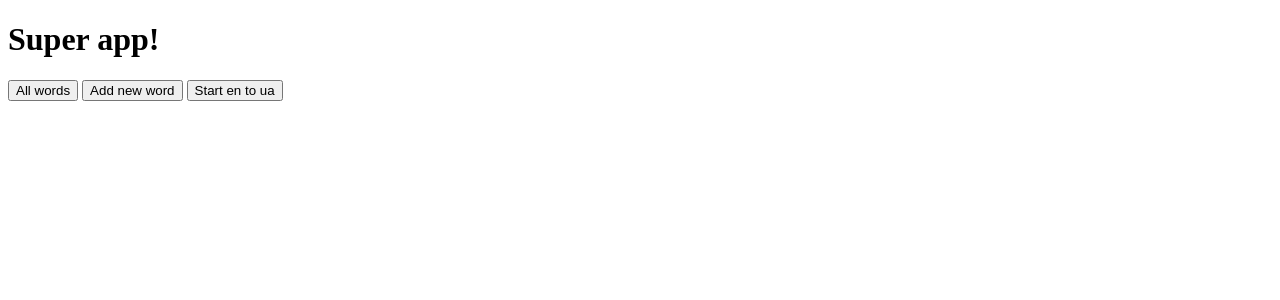
Repository: OleksandrDoskaliukKN313/IIC
Page: WebDictionary/WebContent/index.html
An editor plug-in stored every save of this project. The page is shown before and after the next save, followed by the edit.
The browser window is 1280 px wide. The pictures show the whole page.

Above is the page before, as saved 2020-10-11 08:13:15.

After the next save:
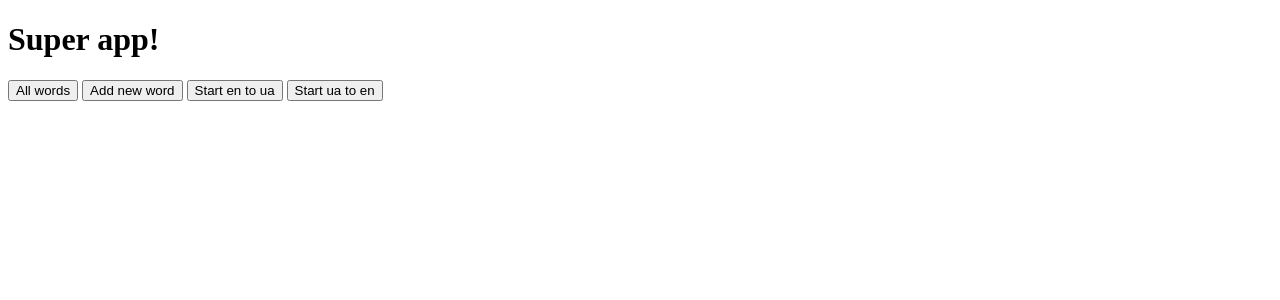
Saved 3 s later.
--- a/WebDictionary/WebContent/index.html
+++ b/WebDictionary/WebContent/index.html
@@ -13,6 +13,7 @@
             <button onclick="location.href='allData'">All words</button>
             <button onclick="location.href='addWord'">Add new word</button>
             <button onclick="location.href='en_ua'">Start en to ua</button>
+            <button onclick="location.href='ua_en'">Start ua to en</button>
         </div>
     </div>
 </body>
